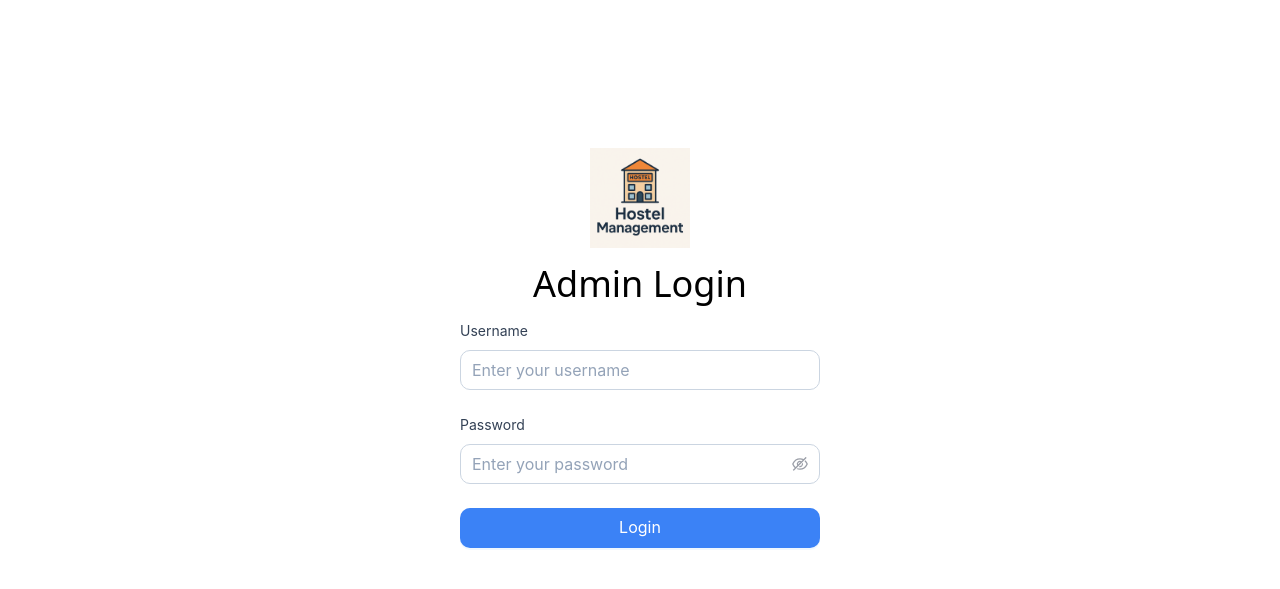
Repository: sujal984/Hostel-Management-System
Page: /Admin/accepted-applications (app in frontend/)
An editor plug-in stored every save of this project. The page is shown before and after the next save, followed by the edit.
The browser window is 1280 px wide. The pictures show the whole page.
The project was rebuilt for these pictures with package versions that can differ from the ones it lists, and the page was loaded fresh each time. Also part of the build but not shown: frontend/vite.config.js, frontend/src/components/Acceptedapplication.jsx, frontend/src/components/AdminDashboard.jsx, frontend/src/components/StepForms.jsx, frontend/src/components/ApplicationForm.jsx, frontend/src/components/TrackStatus.jsx, frontend/src/components/Temporary.jsx, frontend/src/components/ApplicationDetail.jsx and 2 more.

Above is the page before, as saved 2025-08-02 17:27:41.

After the next save:
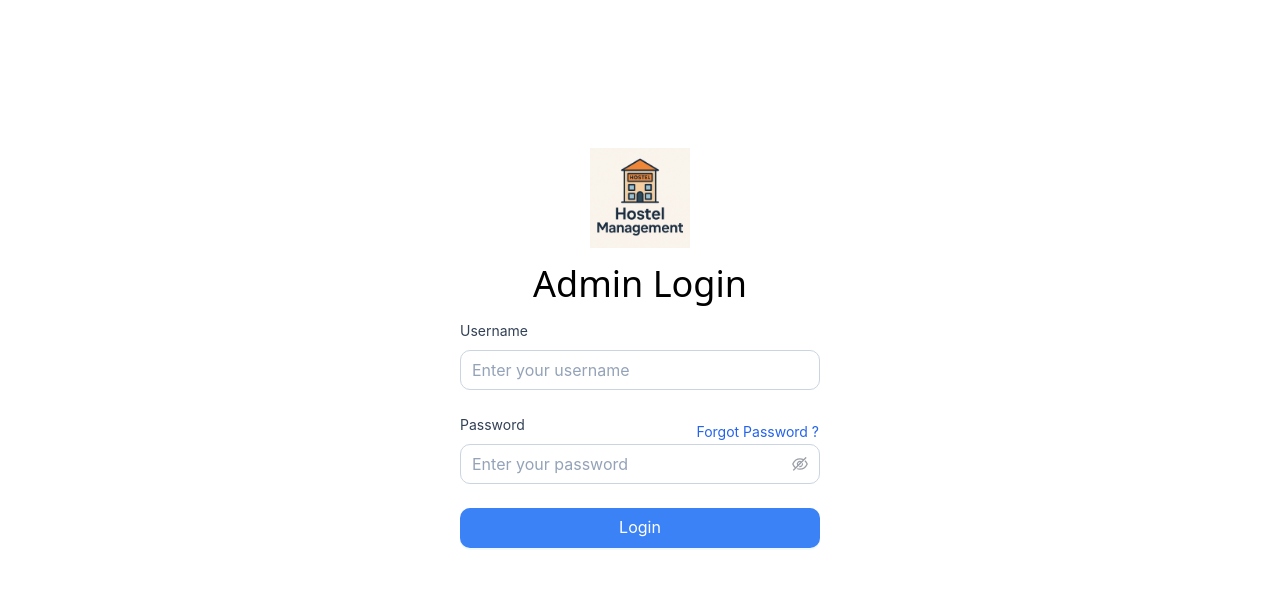
Saved 4 s later.
--- a/frontend/src/components/AdminLogin.jsx
+++ b/frontend/src/components/AdminLogin.jsx
@@ -100,6 +100,13 @@ function AdminLogin() {
                     placeholder="Enter your password"
                     size="large"
                   />
+                  <Button
+                    type="link"
+                    href={ROUTES.ForgotPassword}
+                    className="!absolute bottom-8 right-0 !pr-0 "
+                  >
+                    Forgot Password ?
+                  </Button>
                 </FormItem>
                 <FormItem>
                   <Button
